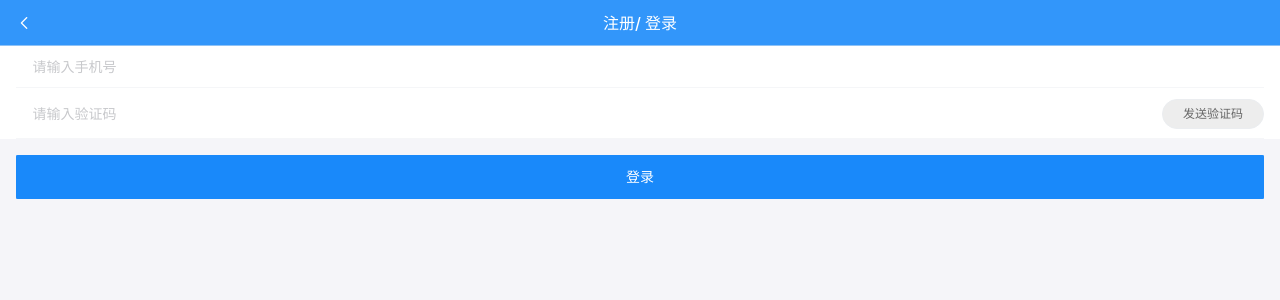
Repository: xn-lb/toutiao-mb
Page: /#/login
An editor plug-in stored every save of this project. The page is shown before and after the next save, followed by the edit.
The browser window is 1280 px wide. The pictures show the whole page.
Some web fonts or font styles are not loaded; a fallback is used. The project was rebuilt for these pictures with package versions that can differ from the ones it lists, and the page was loaded fresh each time. Also part of the build but not shown: vue.config.js.

Above is the page before, as saved 2023-03-23 21:26:46.

### src/main.js
import Vue from 'vue'
import App from './App.vue'
import router from './router'
import store from './store'
// 加载全局样式
import './styles/index.less'
import Vant from 'vant' //加载Vant 组件库
import 'vant/lib/index.css'
import 'amfe-flexible' //加载动态设置  rem 基准值

Vue.use(Vant); //注册使用组件库

Vue.config.productionTip = false

new Vue({
    router,
    store,
    render: h => h(App)
}).$mount('#app')

### src/App.vue
<template>
  <div id="app">
  <!-- 路由的出口 -->
    <router-view></router-view>



  </div>
</template>
<script>
export default {
  name: 'APP'
}
</script>
<style lang="less">

</style>

### src/router/index.js
import Vue from 'vue'
import VueRouter from 'vue-router'



Vue.use(VueRouter)

// 路由表
const routes = [{
        path: '/login',
        name: 'LoginIndex',
        component: () =>
            import ('@/views/login')
    },
    {
        path: '/',
        component: () =>
            import ('@/views/layout/'),
        children: [{
                path: '/qa',
                name: 'qa',
                component: () =>
                    import ('@/views/qa/')
            },
            {
                path: '/video',
                name: 'video',
                component: () =>
                    import ('@/views/video/')
            },
            {
                path: '/my', //默认子路由
                name: 'my',
                component: () =>
                    import ('@/views/my/')
            },
            {
                path: '', //默认子路由
                name: 'home',
                component: () =>
                    import ('@/views/home/')
            }
        ]
    }

]

const router = new VueRouter({
    routes
})

export default router

### src/styles/index.less
// 全局样式文件
// 加载图标样式
@import "./icon.less";

body{
    background-color: #f5f5f9;
}
.app-nav-bar{
    background-color: #3296fa !important;
    .van-nav-bar__title{
        color: #fff;
    }
    .van-icon{
        color:#fff !important;
    }
}

### src/views/login/index.vue
<template>
  <div class="login-container">
    <!-- 导航栏 -->
    <van-nav-bar class="app-nav-bar"
     title=" 注册/ 登录"
     left-arrow
     @click-left="$router.back()"
     />

    <!-- 登录表单 -->
    <van-form >
  <van-field
    class="icon-hl"
    v-model="user.mobile"
    name="手机号"
    placeholder="请输入手机号"
   >
      <i slot="left-icon" class="toutiao toutiao-shouji"></i>
   </van-field>
  <van-field
  class="icon-hl"
    v-model="user.code"
    name="验证码"
    placeholder="请输入验证码"
  >
   <i slot="left-icon" class="toutiao toutiao-yanzhengma"></i>
   <template #button>
    <van-button size="small" type="default" round class="send-sms-btn">发送验证码</van-button>
  </template>
  </van-field>
  <div style="margin: 16px;">
   <div class="login-btn-wrap">
    <van-button  block type="info" class="login-btn">登录</van-button>
   </div>
  </div>
</van-form>
  </div>
</template>

<script>
import {login} from '@/api/user'

export default {
  name: 'LoginIndex',
  components: {
    onsubmit
  },
  props: {},
  data () {
    return {
      user:{
        mobile:'',//手机号
        code:''//验证码
      }
    }
  },
  computed: {},
  watch: {},
  created () {},
  mounted () {},
  methods: {
    async onsubmit (){
      //1.获取表单数据
      const user = this.user
      //2.表单验证
      //3.提交表单登录
      try{
        const res = await login(user)
        console.log('登录成功', res);
      } catch (err){
        console.log('登录失败', err);
      }

      // 4.根据请求响应结果处理后续操作
    }
  }
}
</script>

<style scoped lang="less">
.page-nav-bar{
  background-color:#3296fa;
}
.login-container{
  .toutiao{
    font-style: 37px;
  }

}
.send-sms-btn{
  background-color: #ededed;
  font-style: 22px;
  color: #666;
  width: 102px;
  height: 30px;
  // line-height: 46;
}
.login-btn-wrap{
  background-color: #6db4fb;
  border: none;
  font-style: 42px;
}
.icon-hl{
  line-height:  22px;
}
</style>

### src/styles/icon.less
@font-face {
    font-family: "toutiao"; /* Project id 3968849 */
    src: url('//at.alicdn.com/t/c/font_3968849_y288fdc89co.eot?t=1679462277967'); /* IE9 */
    src: url('//at.alicdn.com/t/c/font_3968849_y288fdc89co.eot?t=1679462277967#iefix') format('embedded-opentype'), /* IE6-IE8 */
         url('//at.alicdn.com/t/c/font_3968849_y288fdc89co.woff2?t=1679462277967') format('woff2'),
         url('//at.alicdn.com/t/c/font_3968849_y288fdc89co.woff?t=1679462277967') format('woff'),
         url('//at.alicdn.com/t/c/font_3968849_y288fdc89co.ttf?t=1679462277967') format('truetype'),
         url('//at.alicdn.com/t/c/font_3968849_y288fdc89co.svg?t=1679462277967#toutiao') format('svg');
  }

  .toutiao {
    font-family: "toutiao" !important;
    font-size: 16px;
    font-style: normal;
    -webkit-font-smoothing: antialiased;
    -moz-osx-font-smoothing: grayscale;
  }

  .toutiao-guanbi:before {
    content: "\e601";
  }

  .toutiao-gengduo:before {
    content: "\e602";
  }

  .toutiao-pinglun:before {
    content: "\e603";
  }

  .toutiao-shanchu:before {
    content: "\e604";
  }

  .toutiao-dianzan:before {
    content: "\e605";
  }

  .toutiao-lishi:before {
    content: "\e606";
  }

  .toutiao-shipin:before {
    content: "\e607";
  }

  .toutiao-shoucang:before {
    content: "\e608";
  }

  .toutiao-yanzhengma:before {
    content: "\e609";
  }

  .toutiao-wenda:before {
    content: "\e60a";
  }

  .toutiao-fenxiang:before {
    content: "\e60b";
  }

  .toutiao-youjiantou:before {
    content: "\e60c";
  }

  .toutiao-wuwangluo:before {
    content: "\e60d";
  }

  .toutiao-shouji:before {
    content: "\e60e";
  }

  .toutiao-zuojiantou:before {
    content: "\e60f";
  }

  .toutiao-shouye:before {
    content: "\e610";
  }

  .toutiao-wode:before {
    content: "\e611";
  }

  .toutiao-sousuo:before {
    content: "\e612";
  }

  .toutiao-zuopin:before {
    content: "\e613";
  }

  .toutiao-yuedu:before {
    content: "\e614";
  }

### src/api/user.js
// 用户相关请求模块
import request from "@/utils/request";

export const login = data => {
    return request({
        method: 'POST',
        url: '/v1_0/authotizations',
        data
    })
}

### src/utils/request.js
// 封装axios 请求模块
import axios from "axios"

const request = axios.create({
    baseURL: 'http://toutiao.itheima.net/' //接口的基本路径
})


// 请求拦截器


// 响应拦截器

export default request

Loaded but not shown: public/index.html (common file); src/store/index.js (common file)

After the next save:
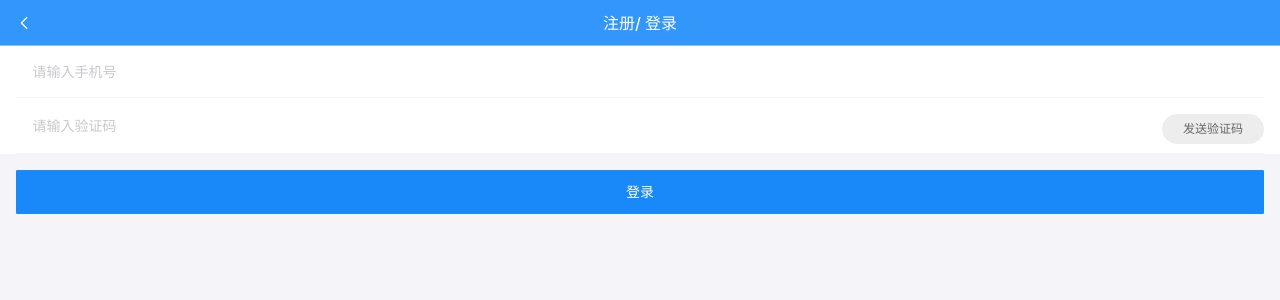
Saved 10 s later.
--- a/src/views/login/index.vue
+++ b/src/views/login/index.vue
@@ -101,6 +101,6 @@ export default {
   font-style: 42px;
 }
 .icon-hl{
-  line-height:  22px;
+  line-height:  32px;
 }
 </style>
